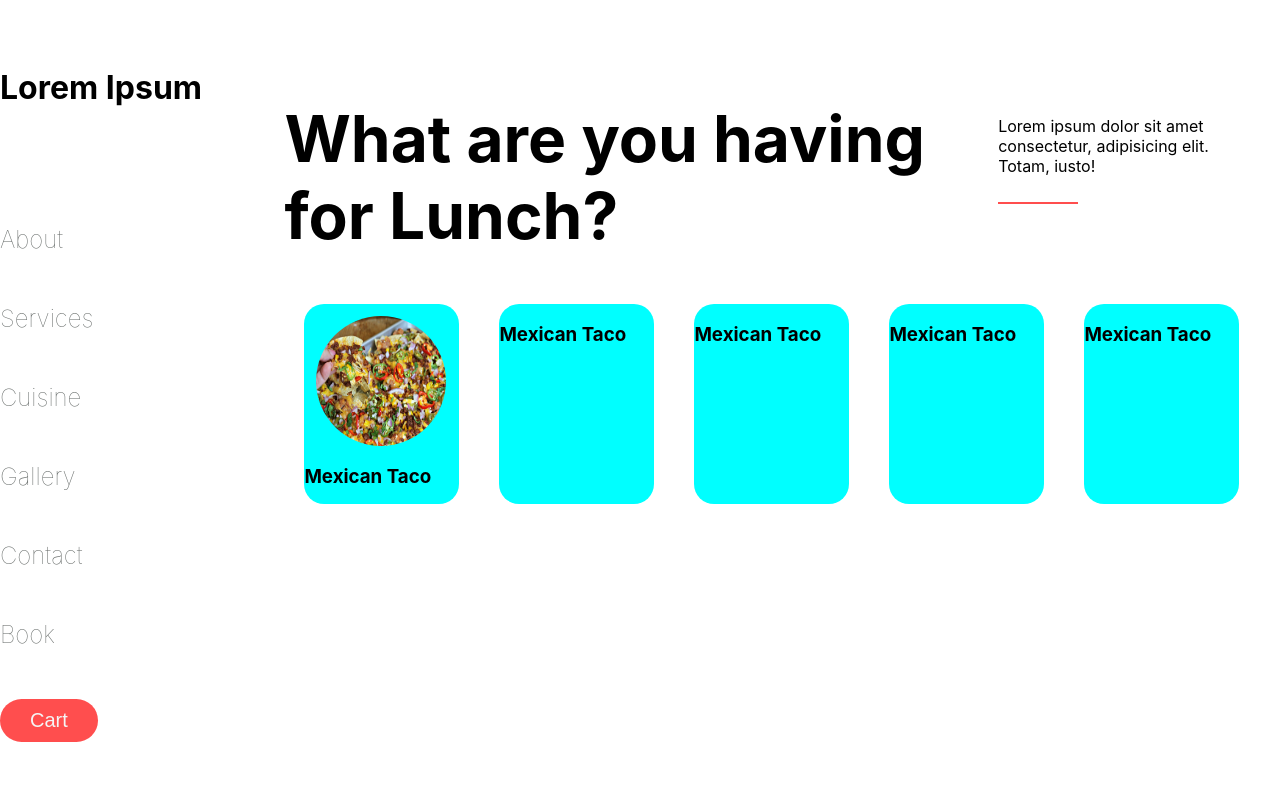
Repository: Marlstergo/assignment2
Page: /
The author's editor kept a copy of each file at every save. The page is drawn from the files as they stood at one save, then again after the next save.
The browser window is 1280 px wide. The pictures show the whole page.
The project was rebuilt for these pictures with package versions that can differ from the ones it lists, and the page was loaded fresh each time.

Above is the page before, as saved 2021-07-27 02:57:43.

After the next save:
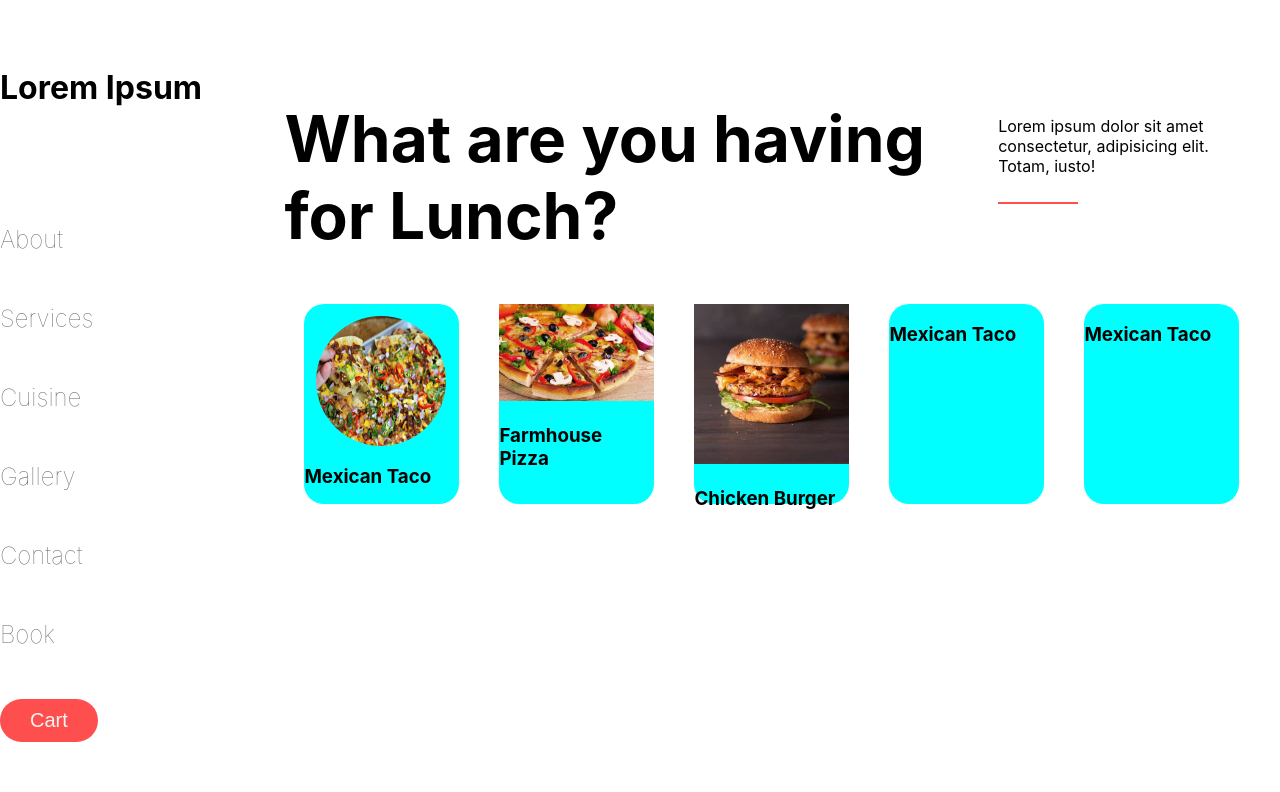
Saved 105 s later.
--- a/src/App.js
+++ b/src/App.js
@@ -1,11 +1,11 @@
 import logo from "./logo.svg";
 import "./App.css";
 
-import Nachos from './asset/nachos.png'
-import Taco from './asset/taco.png'
-import Noodles from './asset/noodles.png'
-import Pizza from './asset/pizza.png'
-import Chicken from './asset/chicken.png'
+import Nachos from "./asset/nachos.png";
+import Taco from "./asset/taco.png";
+import Noodles from "./asset/noodles.png";
+import Pizza from "./asset/pizza.png";
+import Chicken from "./asset/chicken.png";
 
 function App() {
   return (
@@ -49,7 +49,7 @@ function App() {
                 Lorem ipsum dolor sit amet consectetur, adipisicing elit. Totam,
                 iusto!
               </p>
-              <div className="divider"/>
+              <div className="divider" />
             </div>
           </div>
           <div className="row">
@@ -63,15 +63,21 @@ function App() {
               </div>
             </div>
             <div className="cell">
-              <div className="">{/* image */}</div>
               <div className="">
-                <h3 className="">Mexican Taco</h3>
+                <img src={Pizza} alt="pizza" className="" />
+                {/* image */}
+              </div>
+              <div className="">
+                <h3 className="">Farmhouse Pizza</h3>
               </div>
             </div>
             <div className="cell">
-              <div className="">{/* image */}</div>
               <div className="">
-                <h3 className="">Mexican Taco</h3>
+                {/* image */}
+                <img src={Chicken} alt="chicken" className="" />
+              </div>
+              <div className="">
+                <h3 className="">Chicken Burger</h3>
               </div>
             </div>
             <div className="cell">
